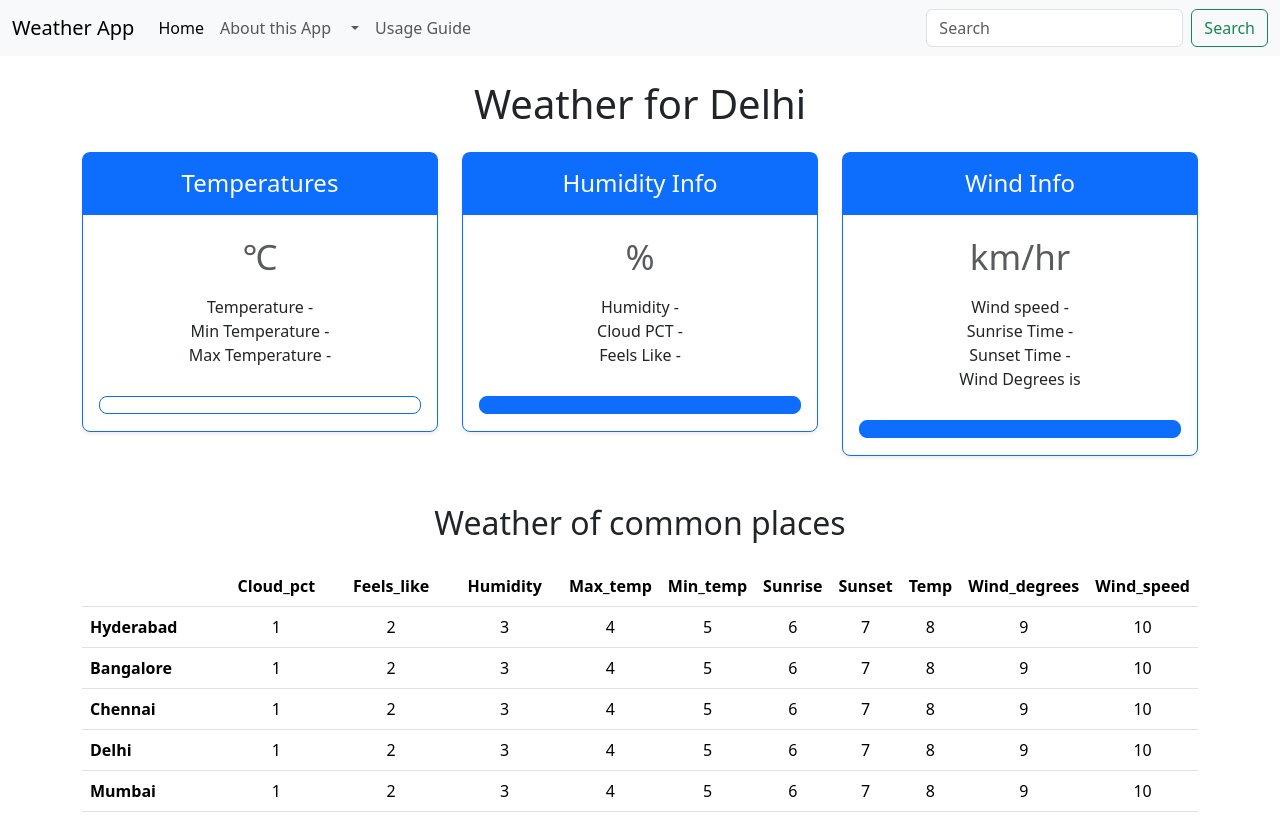
Repository: Abhilash2909/weather
Page: index.html
These files come from the project's save history. The page is drawn as it stood at one moment and after the next save; the edit follows.
The browser window is 1280 px wide. The pictures show the whole page.
The page's requests for data from a server got no answer.

Above is the page before, as saved 2024-02-11 17:18:45.

### index.html
<!doctype html>
<html lang="en">
  <head>
    <meta charset="utf-8">
    <meta name="viewport" content="width=device-width, initial-scale=1">
    <title>My Weather App</title>
    <link href="https://cdn.jsdelivr.net/npm/bootstrap@5.3.2/dist/css/bootstrap.min.css" rel="stylesheet" integrity="sha384-T3c6CoIi6uLrA9TneNEoa7RxnatzjcDSCmG1MXxSR1GAsXEV/Dwwykc2MPK8M2HN" crossorigin="anonymous">
  </head>
  <body>
    <nav class="navbar navbar-expand-lg bg-body-tertiary">
        <div class="container-fluid">
          <a class="navbar-brand" href="#">Weather App</a>
          <button class="navbar-toggler" type="button" data-bs-toggle="collapse" data-bs-target="#navbarSupportedContent" aria-controls="navbarSupportedContent" aria-expanded="false" aria-label="Toggle navigation">
            <span class="navbar-toggler-icon"></span>
          </button>
          <div class="collapse navbar-collapse" id="navbarSupportedContent">
            <ul class="navbar-nav me-auto mb-2 mb-lg-0">
              <li class="nav-item">
                <a class="nav-link active" aria-current="page" href="#">Home</a>
              </li>
              <li class="nav-item">
                <a class="nav-link" href="#">About this App</a>
              </li>
              <li class="nav-item dropdown">
                <a class="nav-link dropdown-toggle" href="#" role="button" data-bs-toggle="dropdown" aria-expanded="false">
                </a>
                <ul class="dropdown-menu">
                  <li><a class="dropdown-item" href="#">Delhi</a></li>
                  <li><a class="dropdown-item" href="#">Seattle</a></li>
                  <li><a class="dropdown-item" href="#">Bangalore</a></li>
                </ul>
              </li>
              <li class="nav-item">
                <a class="nav-link" aria-disabled="true">Usage Guide</a>
              </li>
            </ul>
            <form class="d-flex" role="search">
              <input id="city" class="form-control me-2" type="search" placeholder="Search" aria-label="Search">
              <button class="btn btn-outline-success" type="submit" id="submit">Search</button>
            </form>
          </div>
        </div>
      </nav>

      <div class="container">
        <main>
          <h1 class= "my-4 text-center">Weather for <span id="cityName"></span></h1>
          <div class="row row-cols-1 row-cols-md-3 mb-3 text-center">
          <div class="col">
            <div class="card mb-4 rounded-3 shadow-sm border-primary">
              <div class="card-header py-3 text-bg-primary border-primary">
                <h4 class="my-0 fw-normal">Temperatures</h4>
              </div>
              <div class="card-body">
                <h1 class="card-title pricing-card-title"><span id="temp2"></span><small class="text-body-secondary fw-light"></span><span>&#8451;</span></small></h1>
                <ul class="list-unstyled mt-3 mb-4">
                  <li>Temperature - <span id="temp" ></span></li>
                  <li>Min Temperature - <span id="min_temp" ></span></li>
                  <li>Max Temperature - <span id="max_temp" ></span></li>
                </ul>
                <button type="button" class="w-100 btn btn-lg btn-outline-primary"></button>
              </div>
            </div>
          </div>
          <div class="col">
            <div class="card mb-4 rounded-3 shadow-sm border-primary">
              <div class="card-header py-3 text-bg-primary border-primary">
                <h4 class="my-0 fw-normal">Humidity Info</h4>
              </div>
              <div class="card-body">
                <h1 class="card-title pricing-card-title"><span id="humidity2" ></span><small class="text-body-secondary fw-light">%</small></h1>
                <ul class="list-unstyled mt-3 mb-4">
                  <li>Humidity - <span id="humidity" ></span></li>
                  <li>Cloud PCT - <span id="cloud_pct" ></span></li>
                  <li>Feels Like - <span id="feels_like" ></span></li>
                </ul>
                <button type="button" class="w-100 btn btn-lg btn-primary"></button>
              </div>
            </div>
          </div>

          <div class="col">
            <div class="card mb-4 rounded-3 shadow-sm border-primary">
              <div class="card-header py-3 text-bg-primary border-primary">
                <h4 class="my-0 fw-normal">Wind Info</h4>
              </div>
              <div class="card-body">
                <h1 class="card-title pricing-card-title"><span id="wind_speed2" ></span><small class="text-body-secondary fw-light">km/hr</small></h1>
                <ul class="list-unstyled mt-3 mb-4">
                  <li>Wind speed - <span id="wind_speed" ></span></li>
                  <li>Sunrise Time - <span id="sunrise" ></span></li>
                  <li>Sunset Time - <span id="sunset" ></span></li>
                  <li>Wind Degrees is <span id="wind_degrees" ></span></li>
                </ul>
                <button type="button" class="w-100 btn btn-lg btn-primary"></button>
              </div>
            </div>
          </div>
        </div>

        <h2 class="my-4 text-center">Weather of common places</h2>

        <div class="table-responsive">
          <table class="table text-center">
            <thead>
              <tr>
                <th style="width: 30%;">   </th>
                <th style="width: 22%;"> Cloud_pct </th>
                <th style="width: 22%;"> Feels_like </th>
                <th style="width: 22%;"> Humidity </th>
                <th style="width: 22%;"> Max_temp </th>
                <th style="width: 22%;"> Min_temp </th>
                <th style="width: 22%;"> Sunrise </th>
                <th style="width: 22%;"> Sunset </th>
                <th style="width: 22%;"> Temp </th>
                <th style="width: 22%;"> Wind_degrees </th>
                <th style="width: 22%;"> Wind_speed </th>
              </tr>
            </thead>
            <tbody>
              <tr>
                <th scope="row" class="text-start">Hyderabad</th>
                <td>1</td>
                <td>2</td>
                <td>3</td>
                <td>4</td>
                <td>5</td>
                <td>6</td>
                <td>7</td>
                <td>8</td>
                <td>9</td>
                <td>10</td>
              </tr>
              <tr>
                <th scope="row" class="text-start">Bangalore</th>
                <td>1</td>
                <td>2</td>
                <td>3</td>
                <td>4</td>
                <td>5</td>
                <td>6</td>
                <td>7</td>
                <td>8</td>
                <td>9</td>
                <td>10</td>
              </tr>
            </tbody>

            <tbody>
              <tr>
                <th scope="row" class="text-start">Chennai</th>
                <td>1</td>
                <td>2</td>
                <td>3</td>
                <td>4</td>
                <td>5</td>
                <td>6</td>
                <td>7</td>
                <td>8</td>
                <td>9</td>
                <td>10</td>
              </tr>
              <tr>
                <th scope="row" class="text-start">Delhi</th>
                <td>1</td>
                <td>2</td>
                <td>3</td>
                <td>4</td>
                <td>5</td>
                <td>6</td>
                <td>7</td>
                <td>8</td>
                <td>9</td>
                <td>10</td>
              </tr>
              <tr>
                <th scope="row" class="text-start">Mumbai</th>
                <td>1</td>
                <td>2</td>
                <td>3</td>
                <td>4</td>
                <td>5</td>
                <td>6</td>
                <td>7</td>
                <td>8</td>
                <td>9</td>
                <td>10</td>
              </tr>
            </tbody>
          </table>
        </div>
      </main></div>
    <script src="https://cdn.jsdelivr.net/npm/bootstrap@5.3.2/dist/js/bootstrap.bundle.min.js" integrity="sha384-C6RzsynM9kWDrMNeT87bh95OGNyZPhcTNXj1NW7RuBCsyN/o0jlpcV8Qyq46cDfL" crossorigin="anonymous"></script>
    <script src="script.js"></script>
</body>
</html>

### script.js

// const url = 'https://weather-by-api-ninjas.p.rapidapi.com/v1/weather?city=Seattle';
// const options = {
//     method: 'GET',
//     headers: {
//         'X-RapidAPI-Key': '9f5fc666cemsh950495f18781500p1999a7jsna0d8657b4aba',
//         'X-RapidAPI-Host': 'weather-by-api-ninjas.p.rapidapi.com'
//     }
// };

// async function fetchData() {
//     try {
//         const response = await fetch(url, options);
//         const result = await response.text();
//         console.log(result);
//     } catch (error) {
//         console.error(error);
//     }
// }

// fetchData();


// const url = 'https://weather-by-api-ninjas.p.rapidapi.com/v1/weather?city=Seattle';
// const options = {
// 	method: 'GET',
// 	headers: {
// 		'X-RapidAPI-Key': '9f5fc666cemsh950495f18781500p1999a7jsna0d8657b4aba',
// 		'X-RapidAPI-Host': 'weather-by-api-ninjas.p.rapidapi.com'
// 	}
// };

// try {
// 	const response = await fetch(url, options);
// 	const result = await response.text();
// 	console.log(result);
// } catch (error) {
// 	console.error(error);
// }



const options = {
    method: 'GET',
    headers: {
      'X-RapidAPI-Key': 'b45e96323fmshf5e4bc50d3b8a90p1e091djsnfb21cde4eb87',
      'X-RapidAPI-Host': 'weather-by-api-ninjas.p.rapidapi.com'
    }
  };
const getWeather = (city) => {
  cityName.innerHTML = city
  fetch('https://weather-by-api-ninjas.p.rapidapi.com/v1/weather?city=' + city, options)
    .then(response => response.json())
    .then((response) => {
      console.log(response)
      cloud_pct.innerHTML = response.cloud_pct
      temp.innerHTML = response.temp
      temp2.innerHTML = response.temp
      feels_like.innerHTML = response.feels_like
      humidity.innerHTML = response.humidity
      humidity2.innerHTML = response.humidity
      min_temp.innerHTML = response.min_temp
      max_temp.innerHTML = response.max_temp
      wind_speed.innerHTML = response.wind_speed
      wind_speed2.innerHTML = response.wind_speed
      wind_degrees.innerHTML = response.wind_degrees
      sunrise.innerHTML = response.sunrise
      sunset.innerHTML = response.sunset
    })
    .catch(error => console.error(error));
}

submit.addEventListener("click", (e)=>{
  e.preventDefault()
  getWeather(city.value)
})

getWeather("Delhi")

After the next save:
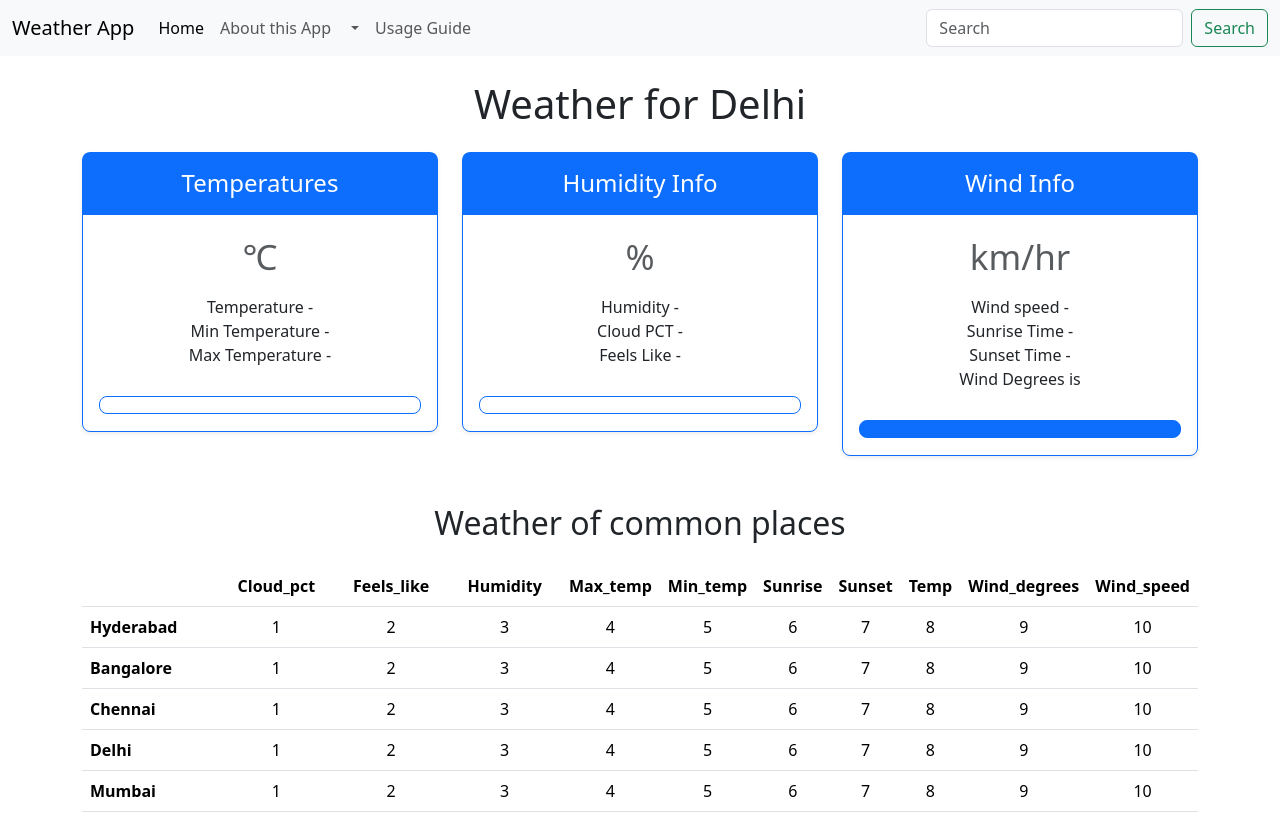
Saved 11 s later.
--- a/index.html
+++ b/index.html
@@ -74,7 +74,7 @@
                   <li>Cloud PCT - <span id="cloud_pct" ></span></li>
                   <li>Feels Like - <span id="feels_like" ></span></li>
                 </ul>
-                <button type="button" class="w-100 btn btn-lg btn-primary"></button>
+                <button type="button" class="w-100 btn btn-lg btn-outline-primary"></button>
               </div>
             </div>
           </div>
